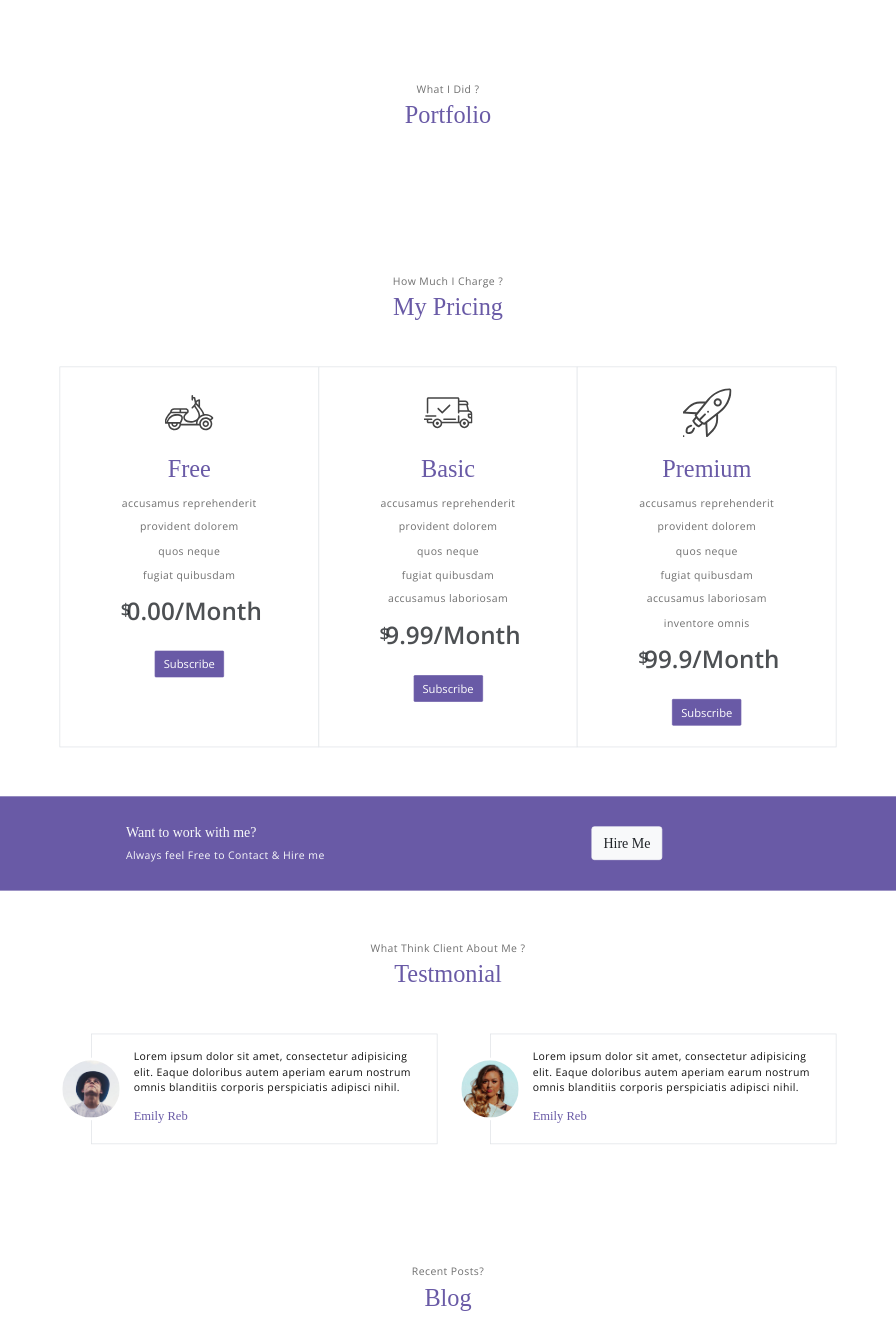
Repository: Soab42/portfolio
Page: /
The author's editor kept a copy of each file at every save. The page is drawn from the files as they stood at one save, then again after the next save.
The browser window is 1280 px wide. The pictures show the part of the page from y = 1711 to 3631 px (the page is 5086 px tall before and 5182 px after), at 70% of full size.
Some web fonts or font styles are not loaded; a fallback is used. The project was rebuilt for these pictures with package versions that can differ from the ones it lists, and the page was loaded fresh each time. The framework's server and built-in components were replaced by stand-ins that run in the browser. Also part of the build but not shown: next.config.js.

Above is the page before, as saved 2023-10-09 14:09:32.

After the next save:
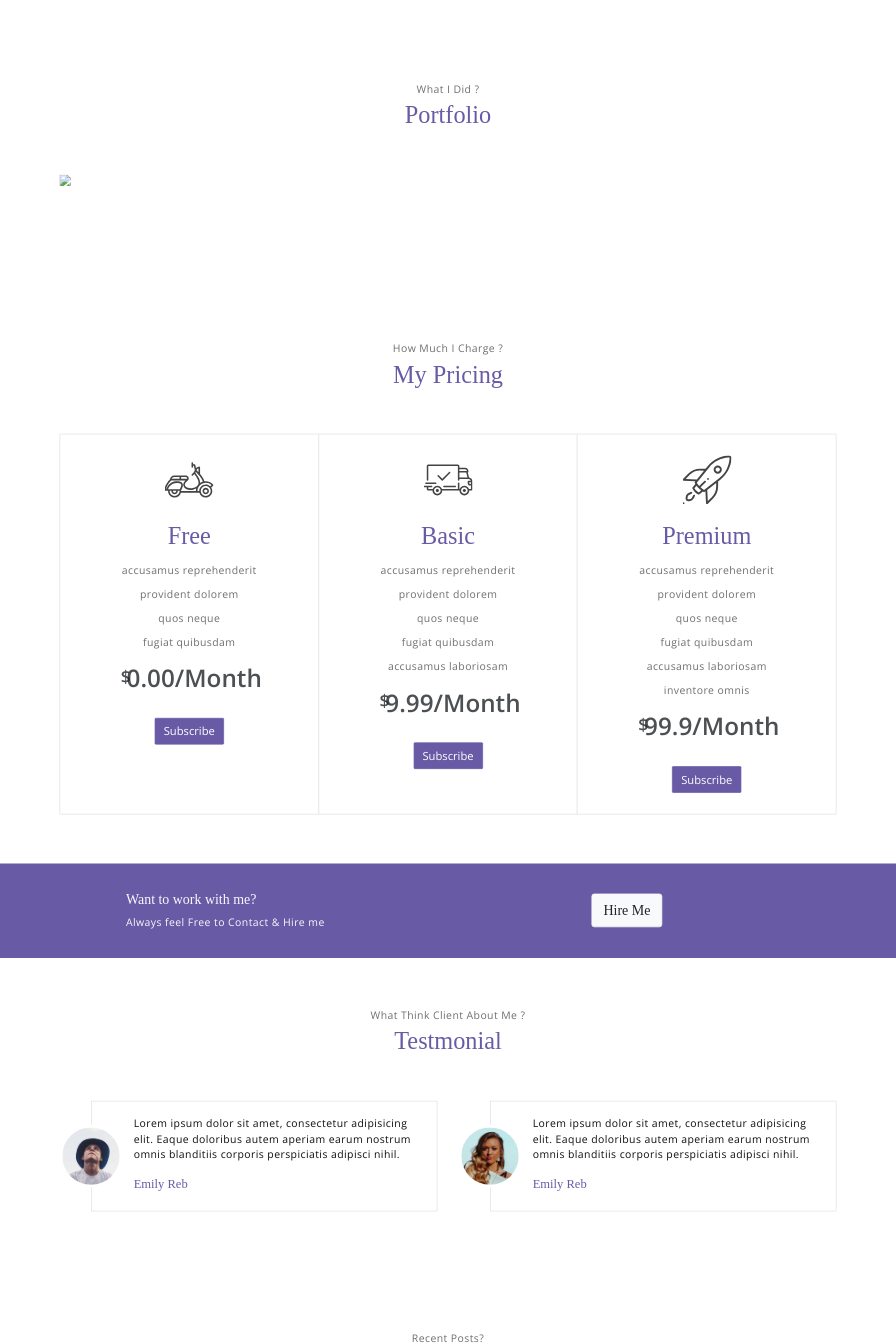
Saved 48 s later.
--- a/components/Portfolio.js
+++ b/components/Portfolio.js
@@ -1,4 +1,6 @@
+import { projects } from "@/data/projects";
 import Image from "next/image";
+import ProjectsCard from "./ProjectsCard";
 
 export default function Portfolio() {
   return (
@@ -9,6 +11,9 @@ export default function Portfolio() {
 
         {/* <!-- row --> */}
         <div className="row">
+          {projects.map((project) => (
+            <ProjectsCard />
+          ))}
           {/* <div className="col-md-4">
             <a href="#" className="portfolio-card">
               <Image
